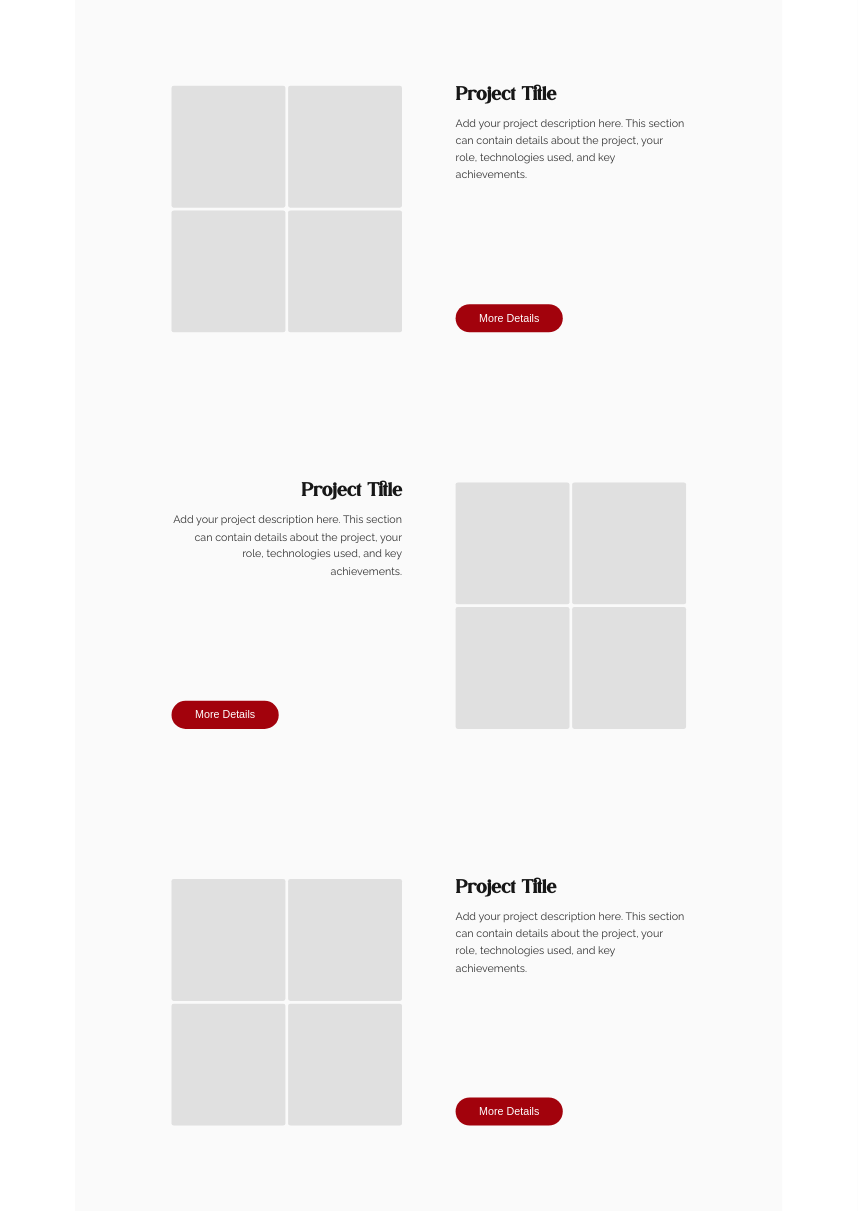
Repository: Micaelavalmores/Micaela-Portfolio
Page: /home-page
These files come from the project's save history. The page is drawn as it stood at one moment and after the next save; the edit follows.
The browser window is 1280 px wide. The pictures show the whole page, at 67% of full size.
The project was rebuilt for these pictures with package versions that can differ from the ones it lists, and the page was loaded fresh each time. The framework's server and built-in components were replaced by stand-ins that run in the browser. Also part of the build but not shown: next.config.mjs.

Above is the page before, as saved 2026-01-26 23:49:37.

### app/layout.js

import { Geist } from "next/font/google";
import { Raleway } from "next/font/google";
import "./globals.css";

const geistSans = Geist({
  variable: "--font-geist-sans",
  subsets: ["latin"],
});

const raleway = Raleway({
  variable: "--font-raleway",
  subsets: ["latin"],
});



export const metadata = {
  title: "Micaela Valmores",
  description: "Generated by create next app",
  icons: {
    icon: "/logos/micaela-logo.svg",
  },
};

export default function RootLayout({ children }) {
  return (
    <html lang="en">
      <body className={`${raleway.variable}`}>
        {children}
      </body>
    </html>
  );
}

### app/home-page/page.js
import Link from 'next/link'
import styles from '../page.module.css'
import FtProj from '../components/FtProj'

export default function HomePage() {
  return (
    <main className={styles.page}>
      <div className={styles['Proj-sec']}>
        <FtProj reversed={false}/>
        <FtProj reversed={true} />
        <FtProj reversed={false}/>
      </div>
    </main>
  )
}

### app/globals.css
:root {
  --background: #ffffff;
  --foreground: #171717;
  --font-ghaista: 'Ghaista', var(--font-raleway);
}

@font-face {
  font-family: 'Ghaista';
  src: url('/fonts/Ghaitsa.ttf') format('truetype');
  font-weight: 400;
  font-style: normal;
  font-display: swap;
}

@media (prefers-color-scheme: dark) {
  :root {
    --background: #0a0a0a;
    --foreground: #ededed;
  }
}

html,
body {
  max-width: 100vw;
  overflow-x: hidden;
}

body {
  color: var(--foreground);
  background: var(--background);
  font-family: var(--font-raleway);
  -webkit-font-smoothing: antialiased;
  -moz-osx-font-smoothing: grayscale;
}

* {
  box-sizing: border-box;
  padding: 0;
  margin: 0;
}

a {
  color: inherit;
  text-decoration: none;
}

@media (prefers-color-scheme: dark) {
  html {
    color-scheme: dark;
  }
}

/* Horizontal page margins */
body {
  margin-left: 10rem;
  margin-right: 10rem;
}

/* Tablet: screens between iPhone and iPad */
@media (min-width: 430px) and (max-width: 1024px) {
  body {
    margin-left: 4rem;
    margin-right: 4rem;
  }
}

/* iPad Pro 13in — reduce margins to 7rem */
@media (min-width: 1024px) and (max-width: 1366px) {
  body {
    margin-left: 7rem;
    margin-right: 7rem;
  }
}

/* Mobile horizontal margins: any width smaller than 430px */
@media (max-width: 430px) {
  body {
    margin-left: 3rem;
    margin-right: 3rem;
  }
}

### app/page.module.css
.page {
  --background: #fafafa;
  --foreground: #fff;

  --text-primary: #000;
  --text-secondary: #666;

  --button-primary-hover: #383838;
  --button-secondary-hover: #f2f2f2;
  --button-secondary-border: #ebebeb;

  display: grid;
  grid-template-columns: 1fr;
  min-height: 100vh;
  font-family: var(--font-geist-sans);
  background-color: var(--background);
}

.Proj-sec {
  display: flex;
  flex-direction: column;
  align-items: center;
  gap: 2rem;
  padding: 2rem;
}

.main {
  display: flex;
  min-height: 100vh;
  width: 100%;
  max-width: 800px;
  flex-direction: column;
  align-items: flex-start;
  justify-content: space-between;
  background-color: var(--foreground);
  padding: 120px 60px;
}

.intro {
  display: flex;
  flex-direction: column;
  align-items: flex-start;
  text-align: left;
  gap: 24px;
}

.intro h1 {
  max-width: 320px;
  font-size: 40px;
  font-weight: 600;
  line-height: 48px;
  letter-spacing: -2.4px;
  text-wrap: balance;
  color: var(--text-primary);
}

.intro p {
  max-width: 440px;
  font-size: 18px;
  line-height: 32px;
  text-wrap: balance;
  color: var(--text-secondary);
}

.intro a {
  font-weight: 500;
  color: var(--text-primary);
}

.ctas {
  display: flex;
  flex-direction: row;
  width: 100%;
  max-width: 440px;
  gap: 16px;
  font-size: 14px;
}

.ctas a {
  display: flex;
  justify-content: center;
  align-items: center;
  height: 40px;
  padding: 0 16px;
  border-radius: 128px;
  border: 1px solid transparent;
  transition: 0.2s;
  cursor: pointer;
  width: fit-content;
  font-weight: 500;
}

a.primary {
  background: var(--text-primary);
  color: var(--background);
  gap: 8px;
}

a.secondary {
  border-color: var(--button-secondary-border);
}

/* Enable hover only on non-touch devices */
@media (hover: hover) and (pointer: fine) {
  a.primary:hover {
    background: var(--button-primary-hover);
    border-color: transparent;
  }

  a.secondary:hover {
    background: var(--button-secondary-hover);
    border-color: transparent;
  }
}

@media (max-width: 600px) {
  .main {
    padding: 48px 24px;
  }

  .intro {
    gap: 16px;
  }

  .intro h1 {
    font-size: 32px;
    line-height: 40px;
    letter-spacing: -1.92px;
  }
}

@media (prefers-color-scheme: dark) {
  .logo {
    filter: invert();
  }

  .page {
    --background: #000;
    --foreground: #000;

    --text-primary: #ededed;
    --text-secondary: #999;

    --button-primary-hover: #ccc;
    --button-secondary-hover: #1a1a1a;
    --button-secondary-border: #1a1a1a;
  }
}

### app/components/FtProj.js
'use client';

import styles from './FtProj.module.css';

/*
  HOW TO USE:
  The FtProj component has two layout states controlled by the reversed prop:
  1. Default (reversed={false}): Images on left, text on right (left-justified)
  2. Reversed (reversed={true}): Text on left (right-justified), images on right

  Layout changes can only be controlled in the backend by passing the reversed prop.
  Users cannot change the layout.

  Usage examples:
  <FtProj /> - Standard layout
  <FtProj reversed={true} /> - Reversed layout
*/

export default function FtProj({ reversed = false }) {
  return (
    <div className={`${styles.container} ${reversed ? styles.reversed : ''}`}>
      {/* Left Column - Text (if reversed) / Images (if standard) */}
      {!reversed ? (
        // Standard: Images on left
        <div className={styles.imagesColumn}>
          <div className={styles.imagePlaceholder}></div>
          <div className={styles.imagePlaceholder}></div>
          <div className={styles.imagePlaceholder}></div>
          <div className={styles.imagePlaceholder}></div>
        </div>
      ) : (
        // Reversed: Text on left
        <div className={styles.textColumn}>
          <div className={styles.textContent}>
            <h2>Project Title</h2>
            <p>Add your project description here. This section can contain details about the project, your role, technologies used, and key achievements.</p>
          </div>
          <button className={styles.projectButton}>More Details</button>
        </div>
      )}

      {/* Right Column - Text (if standard) / Images (if reversed) */}
      {!reversed ? (
        // Standard: Text on right
        <div className={styles.textColumn}>
          <div className={styles.textContent}>
            <h2>Project Title</h2>
            <p>Add your project description here. This section can contain details about the project, your role, technologies used, and key achievements.</p>
          </div>
          <button className={styles.projectButton}>More Details</button>
        </div>
      ) : (
        // Reversed: Images on right
        <div className={styles.imagesColumn}>
          <div className={styles.imagePlaceholder}></div>
          <div className={styles.imagePlaceholder}></div>
          <div className={styles.imagePlaceholder}></div>
          <div className={styles.imagePlaceholder}></div>
        </div>
      )}
    </div>
  );
}

### app/components/FtProj.module.css
.container {
  width: 50rem;
  height: 25rem;
  display: grid;
  grid-template-columns: 1fr 1fr;
  gap: 5rem;
  padding: 1rem;
  margin: 5rem 0;
}

.container.reversed {
  grid-template-columns: 1fr 1fr;
}

.reversed .textContent {
  text-align: right;
}

.reversed .textColumn {
  text-align: right;
}

.reversed .projectButton {
  justify-content: flex-start;
}

.imagesColumn {
  display: grid;
  grid-template-columns: 1fr 1fr;
  gap: 0.2rem;
}

.imagePlaceholder {
  width: 100%;
  height: 100%;
  background-color: #e0e0e0;
  border-radius: 0.2rem;
}

.textColumn {
  display: grid;
  grid-template-rows: 1fr auto;
  gap: 2rem;
}

.textContent {
  display: flex;
  flex-direction: column;
}

.textColumn h2 {
  margin: 0 0 1rem 0;
  font-size: 1.75rem;
  font-family: ghaista;
}

.textColumn p {
  margin: 0;
  line-height: 1.6;
  color: #333;
  font-size: 1rem;
}

.projectButton {
  align-self: start;
  width: 10rem;
  padding: 0.75rem 1.5rem;
  background-color: #A2020C;
  color: #fff;
  border: none;
  border-radius: 5rem;
  font-size: 1rem;
  cursor: pointer;
}

.projectButton:hover {
  background-color: #b62d36;
}

After the next save:
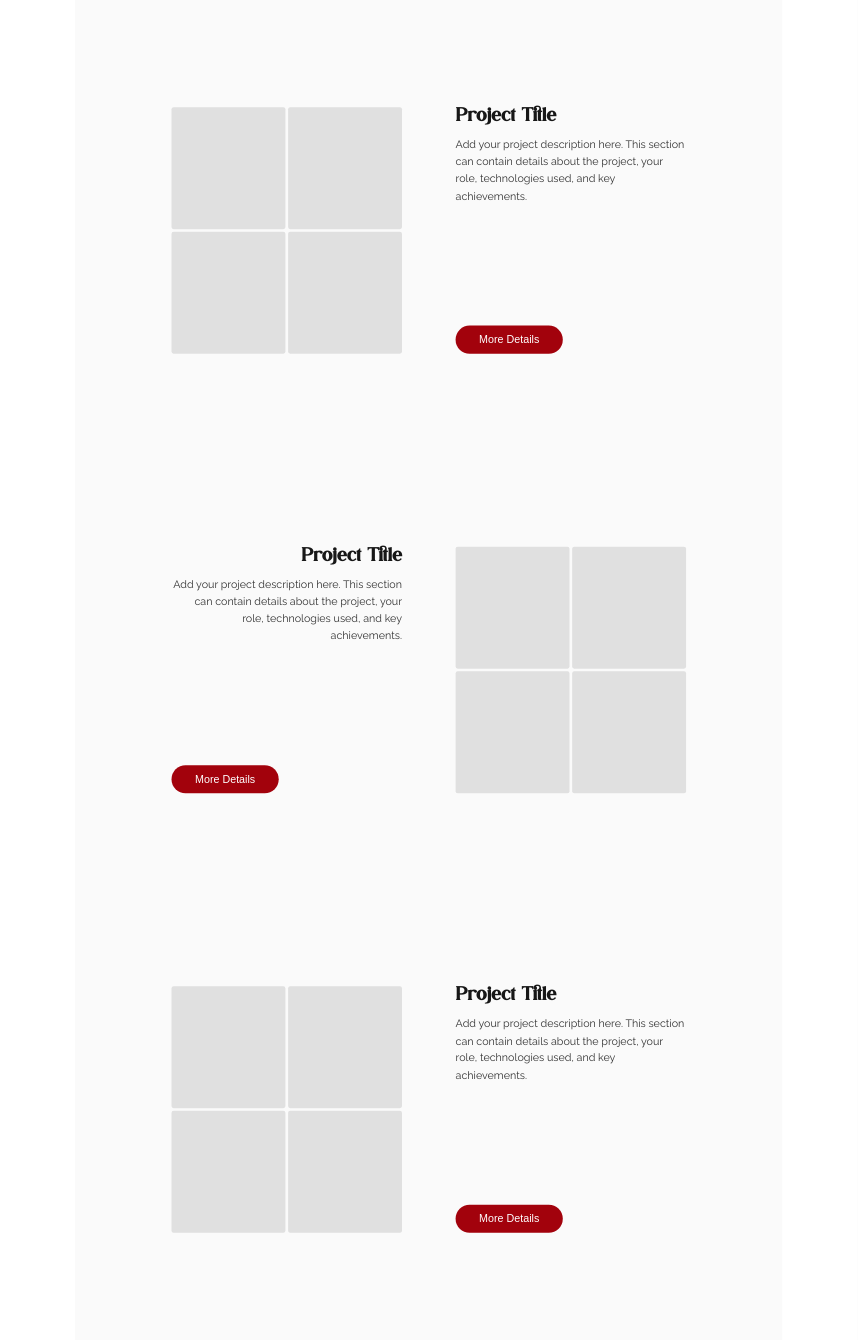
Saved 8 s later.
--- a/app/components/FtProj.module.css
+++ b/app/components/FtProj.module.css
@@ -5,7 +5,7 @@
   grid-template-columns: 1fr 1fr;
   gap: 5rem;
   padding: 1rem;
-  margin: 5rem 0;
+  margin: 7rem 0;
 }
 
 .container.reversed {
